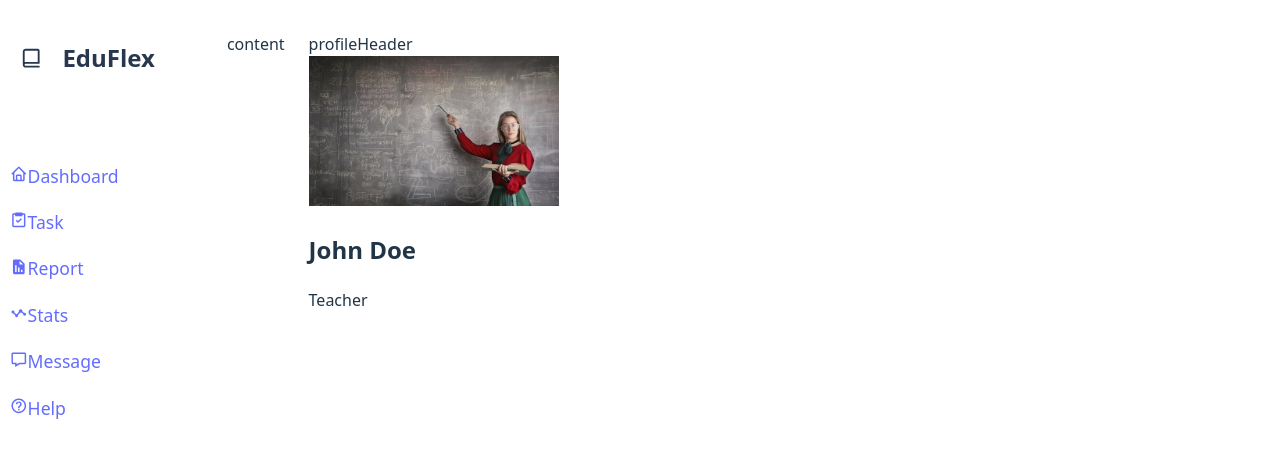
Repository: gogg23/react-dash
Page: /
These files come from the project's save history. The page is drawn as it stood at one moment and after the next save; the edit follows.
The browser window is 1280 px wide. The pictures show the whole page.
The project was rebuilt for these pictures with package versions that can differ from the ones it lists, and the page was loaded fresh each time. Also part of the build but not shown: vite.config.js.

Above is the page before, as saved 2025-04-02 21:55:13.

### index.html
<!DOCTYPE html>
<html lang="en">
  <head>
    <meta charset="UTF-8" />
    <link rel="icon" type="image/svg+xml" href="/vite.svg" />
    <meta name="viewport" content="width=device-width, initial-scale=1.0" />
    <title>React Dashboard</title>
  </head>
  <body>
    <div id="root"></div>
    <script type="module" src="/src/main.jsx"></script>
  </body>
</html>

### src/App.jsx
import React from 'react';
import Sidebar from './components/Sidebar';
import Content from './components/Content';
import Profile from './components/Profile';
import './App.css';

const App = () => {
  return (
    <div className='dashboard'>
      <Sidebar />
      <div className='dashboard--content'>
        <>
          <Content />
          <Profile />
        </>
      </div>
    </div>
  );
};

export default App;

### src/components/Sidebar.jsx
import React from 'react';
import {
  BiHome,
  BiBookAlt,
  BiTask,
  BiMessage,
  BiSolidReport,
  BiStats,
  BiHelpCircle,
  BiTaskX,
} from 'react-icons/bi';
import '../styles/Sidebar.css';
const Sidebar = () => {
  return (
    <div className='menu'>
      <div className='logo'>
        <BiBookAlt className='logo-icon' />
        <h2>EduFlex</h2>
      </div>

      <div className='menu--list'>
        <a href='' className='item'>
          <BiHome />
          Dashboard
        </a>
        <a href='' className='item'>
          <BiTask />
          Task
        </a>
        <a href='' className='item'>
          <BiSolidReport />
          Report
        </a>
        <a href='' className='item'>
          <BiStats />
          Stats
        </a>
        <a href='' className='item'>
          <BiMessage />
          Message
        </a>
        <a href='' className='item'>
          <BiHelpCircle />
          Help
        </a>
      </div>
    </div>
  );
};

export default Sidebar;

### src/components/Content.jsx
import React from 'react';

function content() {
  return <div>content</div>;
}

export default content;

### src/components/Profile.jsx
import React from 'react';
import { BiEdit } from 'react-icons/bi';
import ProfileHeader from './ProfileHeader';
import '../styles/profileHeader.css';
import Image1 from '../assets/images/Image1.jpg';

const Profile = () => {
  return (
    <div className='profile'>
      <ProfileHeader />

      <div className='user--profile'>
        <div className='user--detail'>
          <img src={Image1} alt='Profile' width='250' height='150' />
          <h2 className='user--name'>John Doe</h2>
          <span className='profession'>Teacher</span>
          <div className='user-courses'></div>
        </div>
      </div>
    </div>
  );
};

export default Profile;

### src/App.css
.dashboard {
  display: flex;
  gap: 20px;
}

.dashboard--content {
  background: #fff;
  flex: 1;
  border-radius: 20px;
  padding: 2rem;
  display: flex;
  gap: 1.5rem;
  justify-content: space-between;
}

### src/styles/sidebar.css
.sidebar {
  background-color: #dde6ed; /* Adjust to match your desired grey */
  width: 250px; /* Ensure proper width */
  height: 100vh; /* Full height */
  padding: 20px;
}

/* Menu container */
.menu {
  display: flex;
  flex-direction: column;
  gap: 2.3rem;
  height: 94vh;
}

/* Logo styles */
.logo {
  text-align: center;
  padding: 20px;
  color: #27374d;
  align-items: center;
  display: flex;
  gap: 20px;
}

.logo-icon {
  font-size: 1.4rem;
}

/* Menu items */
.menu--list {
  display: flex;
  flex-direction: column;
  gap: 20px;
  font-size: 1.1rem;
  text-decoration: none;
  font-weight: 600;
  padding: 10px;
  border-radius: 10px;
  transition: 0.3s ease-in-out;
  color: #27374d;
}

/* Menu item hover effect */
.menu--list .item:hover,
.active {
  background-color: #27374d;
  color: #dde6ed !important;
}

### src/components/ProfileHeader.jsx
import React from 'react';

const profileHeader = () => {
  return <div>profileHeader</div>;
};

export default profileHeader;

Loaded but not shown: src/main.jsx (common file); src/index.css (common file); src/styles/profileHeader.css (no stored copy; drawn as an empty file)

After the next save:
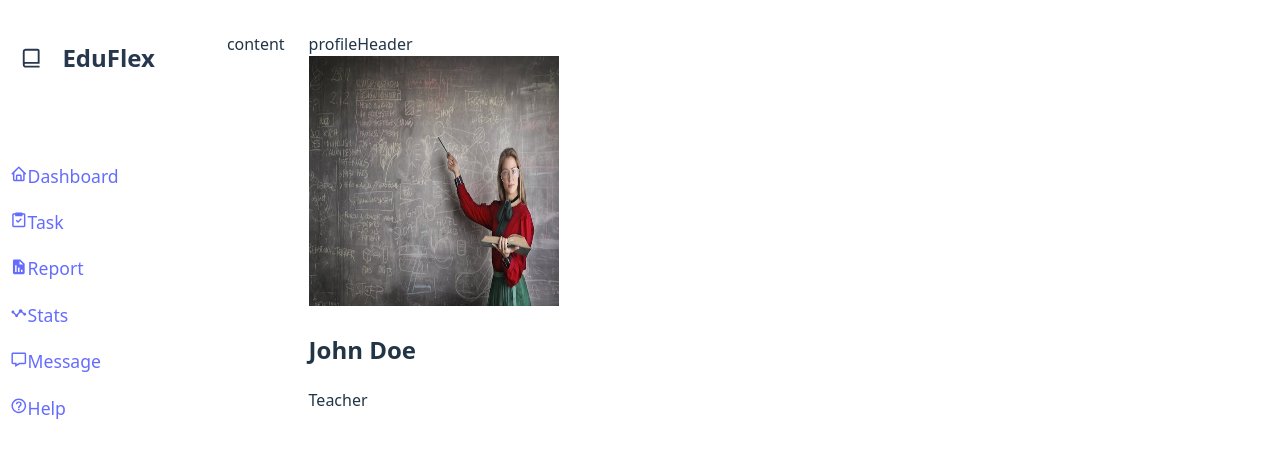
Saved 24 s later.
--- a/src/components/Profile.jsx
+++ b/src/components/Profile.jsx
@@ -11,7 +11,7 @@ const Profile = () => {
 
       <div className='user--profile'>
         <div className='user--detail'>
-          <img src={Image1} alt='Profile' width='250' height='150' />
+          <img src={Image1} alt='Profile' width='250' height='250' />
           <h2 className='user--name'>John Doe</h2>
           <span className='profession'>Teacher</span>
           <div className='user-courses'></div>
